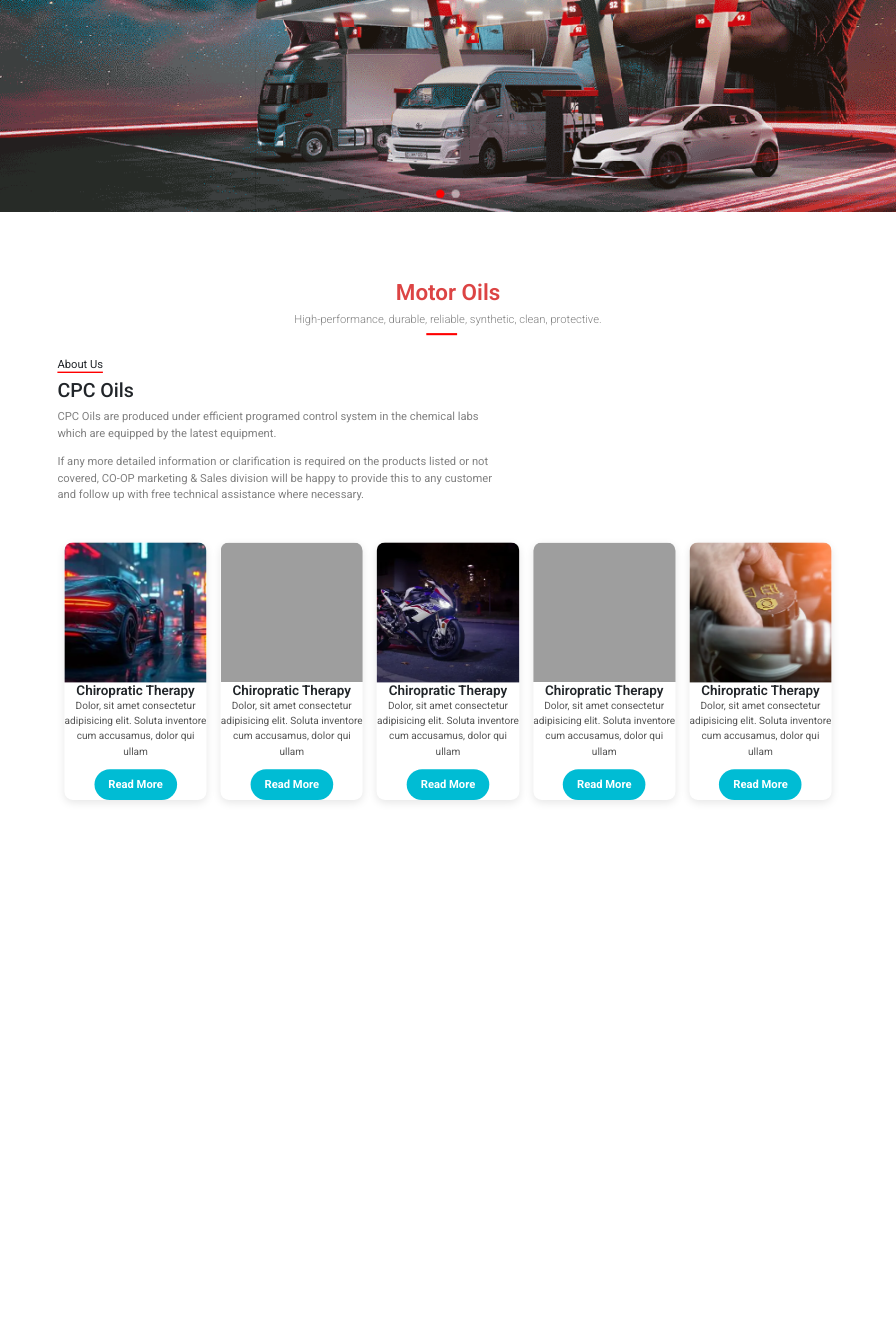
Repository: bodajava/CPC_1
Page: index.html
The author's editor kept a copy of each file at every save. The page is drawn from the files as they stood at one save, then again after the next save.
The browser window is 1280 px wide. The pictures show the part of the page from y = 417 to 2337 px (the page is 2880 px tall), at 70% of full size.
Pictures or frames that could not be fetched are drawn as grey boxes. Some web libraries are served in a nearby version.

Above is the page before, as saved 2025-07-07 20:36:00.

### index.html
<!DOCTYPE html>
<html lang="en">
  <head>
    <link rel="preconnect" href="https://fonts.googleapis.com" />
    <link rel="preconnect" href="https://fonts.gstatic.com" crossorigin />
    <link
      href="https://fonts.googleapis.com/css2?family=Roboto:ital,wght@0,100..900;1,100..900&display=swap"
      rel="stylesheet"
    />
    <link rel="stylesheet" href="css/style.css" />
    <link
      rel="stylesheet"
      href="node_modules/@fortawesome/fontawesome-free/css/all.min.css"
    />
    <link
      rel="stylesheet"
      href="node_modules/bootstrap/dist/css/bootstrap.min.css"
    />
    <meta charset="UTF-8" />
    <meta name="viewport" content="width=device-width, initial-scale=1.0" />
    <title>Document</title>
  </head>
  <body>
    <section id="Home" class="Home">
      <header>
        <!-- ============================header section================================== -->
        <div class="header-img">
          <div class="bg-slide"></div>

          <button id="prev" class="slider-arrow left">
            <i class="fas fa-chevron-left"></i>
          </button>
          <button id="next" class="slider-arrow right">
            <i class="fas fa-chevron-right"></i>
          </button>

          <div class="slider-dots">
            <span class="dot active" data-index="0"></span>
            <span class="dot" data-index="1"></span>
          </div>
        </div>
        <div class="slider-icon"></div>
      </header>

      <!-- =================================Home section======================================== -->
      <nav
        style="background-color: #00000091 !important"
        id="mainNavbar"
        class="navbar navbar-expand-lg bg-body-tertiary rounded-start-5 rounded-end-5"
      >
        <div class="container">
          <a class="navbar-brand" href="#">
            <img class="w-75 pe-5" src="img/logo.png" alt="" />
          </a>
          <button
            class="navbar-toggler"
            type="button"
            data-bs-toggle="collapse"
            data-bs-target="#navbarSupportedContent"
            aria-controls="navbarSupportedContent"
            aria-expanded="false"
            aria-label="Toggle navigation"
          >
            <span style="color: red !important" class="navbar-toggler-icon"
              ><i class=""></i
            ></span>
          </button>
          <div class="collapse navbar-collapse" id="navbarSupportedContent">
            <ul
              id="color-url"
              class="navbar-nav ml-auto mb-2 mb-lg-0 custom-nav"
            >
              <li class="nav-item">
                <a class="nav-link active me-2" href="#">Home</a>
              </li>

              <li class="nav-item">
                <a class="nav-link me-2" href="#Motor-Oils">Motor Oils</a>
              </li>
              <li class="nav-item">
                <a class="nav-link me-2" href="#">Industrial Lubricants</a>
              </li>
              <li class="nav-item">
                <a class="nav-link me-2" href="#">Chemicals</a>
              </li>
              <li class="nav-item">
                <a class="nav-link me-2" href="#">Bunkerings</a>
              </li>
              <li class="nav-item">
                <a class="nav-link me-2" href="#">Wayak</a>
              </li>

              <li class="nav-item">
                <a class="nav-link" href="#">About Us</a>
              </li>
              <li class="nav-item">
                <a class="nav-link me-2" href="#">Fuel Stations</a>
              </li>
            </ul>
          </div>
        </div>
      </nav>
    </section>

    <section class="pt-5" id="Motor-Oils">
      <div class="container">
        <div class="fonts">
          <div class="text-center pt-5 etxt foooont">
            <h2 class="h1-fonts">Motor Oils</h2>
            <p class="undeline_text text">
              High-performance, durable, reliable, synthetic, clean, protective.
            </p>
          </div>
        </div>

        <div class="row align-items-center mt-4">
          <!-- النص -->
          <div class="col-md-7">
            <div class="about-info">
              <div class="section-titel">
                <p class="mb-2 undeline_text-2">About Us</p>
                <h3 class="paragraoh">CPC Oils</h3>
              </div>
              <p style="color: gray" class="paragraoh">
                CPC Oils are produced under efficient programed control system
                in the chemical labs which are equipped by the latest equipment.
              </p>
              <p style="color: gray" class="paragraoh">
                If any more detailed information or clarification is required on
                the products listed or not covered, CO-OP marketing & Sales
                division will be happy to provide this to any customer and
                follow up with free technical assistance where necessary.
              </p>
            </div>
          </div>

          <!-- الصورة -->

          <div class="card-wrapper">
            <!-- Card 1 -->
            <div class="custom-card">
              <img
                src="img/electric-sports-car-charging-at-night-in-the-rain-photo.webp"
                alt="Chiropratic Therapy"
                class="card-img"
              />
              <div class="card-body">
                <h3 class="card-title">Chiropratic Therapy</h3>
                <p class="card-text">
                  Dolor, sit amet consectetur adipisicing elit. Soluta inventore
                  cum accusamus, dolor qui ullam
                </p>
                <a href="#" class="card-btn">Read More</a>
              </div>
            </div>

            <div class="custom-card">
              <img
                src="img/1715758320_cat3.png"
                alt="Chiropratic Therapy"
                class="card-img"
              />
              <div class="card-body">
                <h3 class="card-title">Chiropratic Therapy</h3>
                <p class="card-text">
                  Dolor, sit amet consectetur adipisicing elit. Soluta inventore
                  cum accusamus, dolor qui ullam
                </p>
                <a href="#" class="card-btn">Read More</a>
              </div>
            </div>

            <div class="custom-card">
              <img
                src="img/wp12411162.webp"
                alt="Chiropratic Therapy"
                class="card-img"
              />
              <div class="card-body">
                <h3 class="card-title">Chiropratic Therapy</h3>
                <p class="card-text">
                  Dolor, sit amet consectetur adipisicing elit. Soluta inventore
                  cum accusamus, dolor qui ullam
                </p>
                <a href="#" class="card-btn">Read More</a>
              </div>
            </div>

            <div class="custom-card">
              <img
                src="img/automatic-car-transmission-new-modern-52225670.webp"
                alt="Chiropratic Therapy"
                class="card-img"
              />
              <div class="card-body">
                <h3 class="card-title">Chiropratic Therapy</h3>
                <p class="card-text">
                  Dolor, sit amet consectetur adipisicing elit. Soluta inventore
                  cum accusamus, dolor qui ullam
                </p>
                <a href="#" class="card-btn">Read More</a>
              </div>
            </div>

            <div class="custom-card">
              <img
                src="img/Screenshot_4[6].webp"
                alt="Chiropratic Therapy"
                class="card-img"
              />
              <div class="card-body">
                <h3 class="card-title">Chiropratic Therapy</h3>
                <p class="card-text">
                  Dolor, sit amet consectetur adipisicing elit. Soluta inventore
                  cum accusamus, dolor qui ullam
                </p>
                <a href="#" class="card-btn">Read More</a>
              </div>
            </div>
          </div>
        </div>
      </div>
    </section>

    <script src="js/index.js"></script>
    <script src="node_modules/bootstrap/dist/js/bootstrap.bundle.js"></script>
  </body>
</html>

### css/style.css
/* ========== Reset ========== */
* {
  padding: 0;
  margin: 0;
  box-sizing: border-box;
  font-family: Roboto, -apple-system, BlinkMacSystemFont, "Segoe UI",
    "Helvetica Neue", Arial, sans-serif, "Apple Color Emoji", "Segoe UI Emoji",
    "Segoe UI Symbol";
}
body {
  height: 400vh;
}

html {
  scroll-behavior: smooth;
}

/* ========== Header Image Section ========== */
.header-img {
  height: 100vh;
  position: relative;
  overflow: hidden;
  z-index: 1;
}

/* عنصر داخلي لتغيير الخلفية تدريجيًا */
.bg-slide {
  position: absolute;
  top: 0;
  left: 0;
  width: 100%;
  height: 100%;
  background-size: cover;
  background-position: center;
  background-repeat: no-repeat;
  transition: opacity 0.8s ease-in-out;
  opacity: 1;
  z-index: 0;
}

/* ========== Navbar ========== */
#mainNavbar {
  position: fixed;
  top: 0;
  left: 0;
  width: 100%;
  z-index: 10;
  transition: background-color 0.5s ease-in-out;
}

#color-url li a {
  color: white !important;
  font-size: 15px;
  line-height: 27px;
  font-weight: 400;
  font-family: var(--font-family);
}

.ml-auto {
  margin-left: auto !important;
}

/* تأثير hover و active */
#color-url .nav-link {
  color: white !important;
  border: 2px solid transparent;
  border-radius: 30px;
  transition: all 0.3s ease;
}

#color-url .nav-link:hover,
#color-url .nav-link.active {
  border: 2px solid #ff0000a5 !important;
  color: #ff0000c3 !important;
}

/* Navbar Toggler Button */
.navbar-toggler {
  border: none;
  background: transparent;
  width: 50px;
  height: 50px;
  display: flex;
  align-items: center;
  justify-content: center;
  border-radius: 50%;
  transition: all 0.3s ease;
}

/* Responsive Navbar */
@media (max-width: 991.98px) {
  #color-url .nav-link {
    display: block;
    width: 100%;
    text-align: center;
    padding: 14px 0 !important;
    border: 2px solid transparent;
    border-radius: 30px;
    color: white !important;
    transition: all 0.3s ease;
  }

  #color-url .nav-link:hover,
  #color-url .nav-link.active {
    border: 2px solid #e92020 !important;
    color: #d51c1c !important;
    background-color: rgba(233, 32, 32, 0.1);
  }

  .custom-nav .nav-item {
    border-bottom: 1px solid rgba(255, 255, 255, 0.08);
  }

  .custom-nav .nav-item:last-child {
    border-bottom: none;
  }
}

/* ========== Slider Arrows ========== */
.slider-arrow {
  position: absolute;
  top: 50%;
  transform: translateY(-50%);
  background: rgba(255, 255, 255, 0.6);
  border: none;
  font-size: 25px;
  color: #333;
  width: 45px;
  height: 45px;
  display: flex;
  align-items: center;
  justify-content: center;
  cursor: pointer;
  z-index: 2;
  border-radius: 50%;
  box-shadow: 0 4px 6px rgba(0, 0, 0, 0.2);
  transition: 0.3s;
}

.slider-arrow:hover {
  background: rgba(255, 255, 255, 0.8);
}

.slider-arrow.left {
  left: 20px;
}

.slider-arrow.right {
  right: 20px;
}

/* ========== Slider Dots ========== */
.slider-dots {
  position: absolute;
  bottom: 20px;
  left: 50%;
  transform: translateX(-50%);
  display: flex;
  gap: 10px;
  z-index: 2;
}

.dot {
  width: 12px;
  height: 12px;
  background-color: #fff;
  border-radius: 50%;
  opacity: 0.5;
  cursor: pointer;
  transition: 0.3s;
}

.dot.active {
  opacity: 1;
  background-color: red;
}

/* ================== Search Section Styling ================== */

.form-select {
  max-width: 600px;
  padding: 12px 20px;
  border-radius: 30px;
  border: 1px solid #ccc;
  font-size: 16px;
  font-family: "Roboto", sans-serif;
  background-color: white;
  color: #333;
  box-shadow: 0 4px 10px rgba(0, 0, 0, 0.1);
  transition: border-color 0.3s ease, box-shadow 0.3s ease;
  appearance: none;
  background-image: url("data:[embedded picture, 312 characters]");
  background-repeat: no-repeat;
  background-position: right 1.5rem center;
  background-size: 12px;
}

/* Hover & Focus */
.form-select:focus {
  border-color: #e92020;
  box-shadow: 0 0 0 3px rgba(233, 32, 32, 0.2);
  outline: none;
}

.h1-fonts {
  font-weight: 600 !important;
  color: #d51c1cd2;
  font-family: var(--font-family);
}

.undeline_text {
  position: relative;
  display: inline-block;
}

.undeline_text::after {
  content: "";
  position: absolute;
  left: 43%;
  bottom: -10px;
  width: 10%;
  height: 3px;
  background-color: #ff0000;
  display: flex;
}

.text {
  font-weight: 340;
  color: gray;
  font-family: var(--font-family);
}

.undeline_text-2 {
  position: relative;
  display: inline-block;
}

.undeline_text-2::after {
  content: "";
  position: absolute;
  left: 0;
  bottom: 0;
  width: 100%;
  height: 2px;
  background-color: #ff0000;
  display: flex;
}

.paragraoh {
  font-family: var(--font-family);
}

.card-container {
  display: flex;
  justify-content: center;
  align-items: center;
  padding: 40px 20px;
}

/* The card itself */
.custom-card {
  max-width: 350px;
  background-color: #ffffff;
  border-radius: 15px;
  overflow: hidden;
  box-shadow: 0 5px 20px rgba(0, 0, 0, 0.1);
  transition: 0.3s ease-in-out;
}

.custom-card:hover {
  transform: translateY(-5px);
}

/* Card image */
.card-img {
  width: 100%;
  height: auto;
  display: block;
}

/* Body content */
.card-body {
  padding: 20px;
  text-align: center;
}

.card-title {
  font-size: 1.2rem;
  color: #002244;
  margin-bottom: 10px;
}

.card-text {
  color: #666;
  font-size: 0.95rem;
  line-height: 1.5;
  margin-bottom: 20px;
}

/* Button */
.card-btn {
  display: inline-block;
  background-color: #17c7e0;
  color: white;
  text-decoration: none;
  padding: 10px 25px;
  border-radius: 50px;
  font-weight: bold;
  transition: background-color 0.3s ease;
}

.card-btn:hover {
  background-color: #139db5;
}

.card-wrapper {
  display: flex;
  flex-wrap: wrap;
  gap: 20px;
  justify-content: center;
  padding: 40px 20px;
}

.custom-card {
  background-color: #fff;
  border-radius: 12px;
  box-shadow: 0 4px 12px rgba(0, 0, 0, 0.1);
  overflow: hidden;
  transition: transform 0.3s ease;
  width: calc(20% - 20px); /* 5 cards per row */
  display: flex;
  flex-direction: column;
}

.custom-card:hover {
  transform: translateY(-5px);
}

.card-img {
  width: 100%;
  height: 200px;
  object-fit: cover;
}

.card-body {
  padding: 15px;
  text-align: center;
}

.card-title {
  font-size: 1.2rem;
  font-weight: 600;
  margin-bottom: 10px;
  color: #003049;
}

.card-text {
  font-size: 0.9rem;
  color: #555;
  margin-bottom: 15px;
}

.card-btn {
  background-color: #00bcd4;
  color: white;
  padding: 10px 20px;
  border-radius: 25px;
  text-decoration: none;
  display: inline-block;
  transition: background-color 0.3s ease;
}

.card-btn:hover {
  background-color: #0097a7;
}

@media (max-width: 1200px) {
  .custom-card {
    width: calc(25% - 20px); /* 4 cards per row */
  }
}

@media (max-width: 992px) {
  .custom-card {
    width: calc(33.33% - 20px); /* 3 cards per row */
  }
}

@media (max-width: 768px) {
  .custom-card {
    width: calc(50% - 20px); /* 2 cards per row */
  }
}

@media (max-width: 576px) {
  .custom-card {
    width: 100%; /* 1 card per row */
  }
}

### js/index.js
const images = [
  "img/1739020009_iii%20copy.png",
  "img/1739296959_476190554_122110456322727096_4814193811120753855_n.jpg",
];

let currentIndex = 0;
const bgSlide = document.querySelector(".bg-slide");
const dots = document.querySelectorAll(".dot");

function showImage(index) {
  // Fade out
  bgSlide.style.opacity = 0;

  setTimeout(() => {
    // تغيير الخلفية بعد fade
    bgSlide.style.backgroundImage = `url(${images[index]})`;

    // Fade in
    bgSlide.style.opacity = 1;

    // تحديث النقاط
    dots.forEach((dot) => dot.classList.remove("active"));
    document
      .querySelector(`.dot[data-index="${index}"]`)
      .classList.add("active");
  }, 400);
}

document.getElementById("next").addEventListener("click", () => {
  currentIndex = (currentIndex + 1) % images.length;
  showImage(currentIndex);
});

document.getElementById("prev").addEventListener("click", () => {
  currentIndex = (currentIndex - 1 + images.length) % images.length;
  showImage(currentIndex);
});

dots.forEach((dot) => {
  dot.addEventListener("click", () => {
    currentIndex = parseInt(dot.dataset.index);
    showImage(currentIndex);
  });
});

// Initial load
showImage(currentIndex);

setInterval(() => {
  currentIndex = (currentIndex + 1) % images.length;
  showImage(currentIndex);
}, 5000);

Loaded but not shown: node_modules/@fortawesome/fontawesome-free/css/all.min.css (library); node_modules/bootstrap/dist/css/bootstrap.min.css (library)

After the next save:
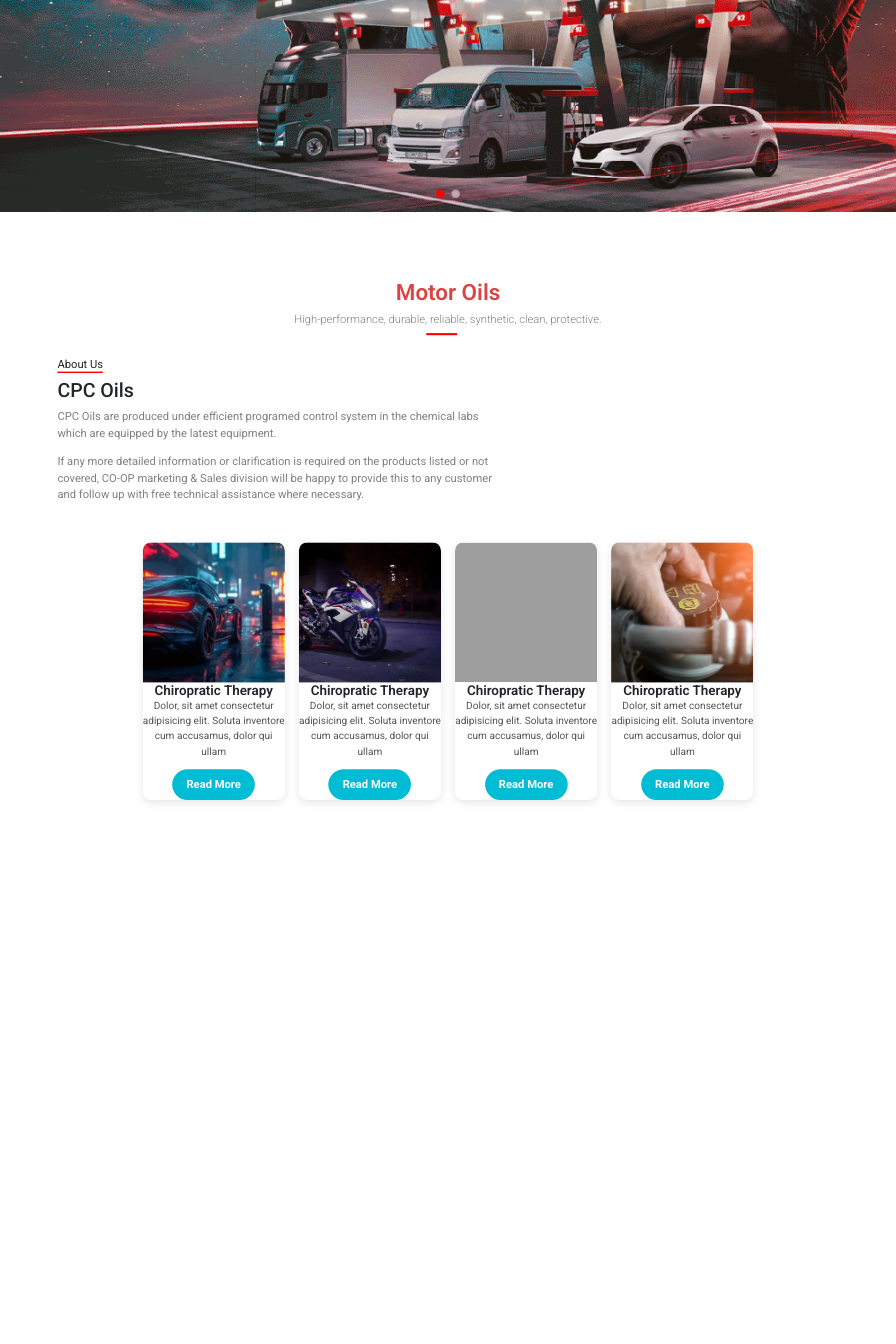
Saved 35 s later.
--- a/index.html
+++ b/index.html
@@ -154,7 +154,7 @@
               </div>
             </div>
 
-            <div class="custom-card">
+            <!-- <div class="custom-card">
               <img
                 src="img/1715758320_cat3.png"
                 alt="Chiropratic Therapy"
@@ -168,7 +168,7 @@
                 </p>
                 <a href="#" class="card-btn">Read More</a>
               </div>
-            </div>
+            </div> -->
 
             <div class="custom-card">
               <img
